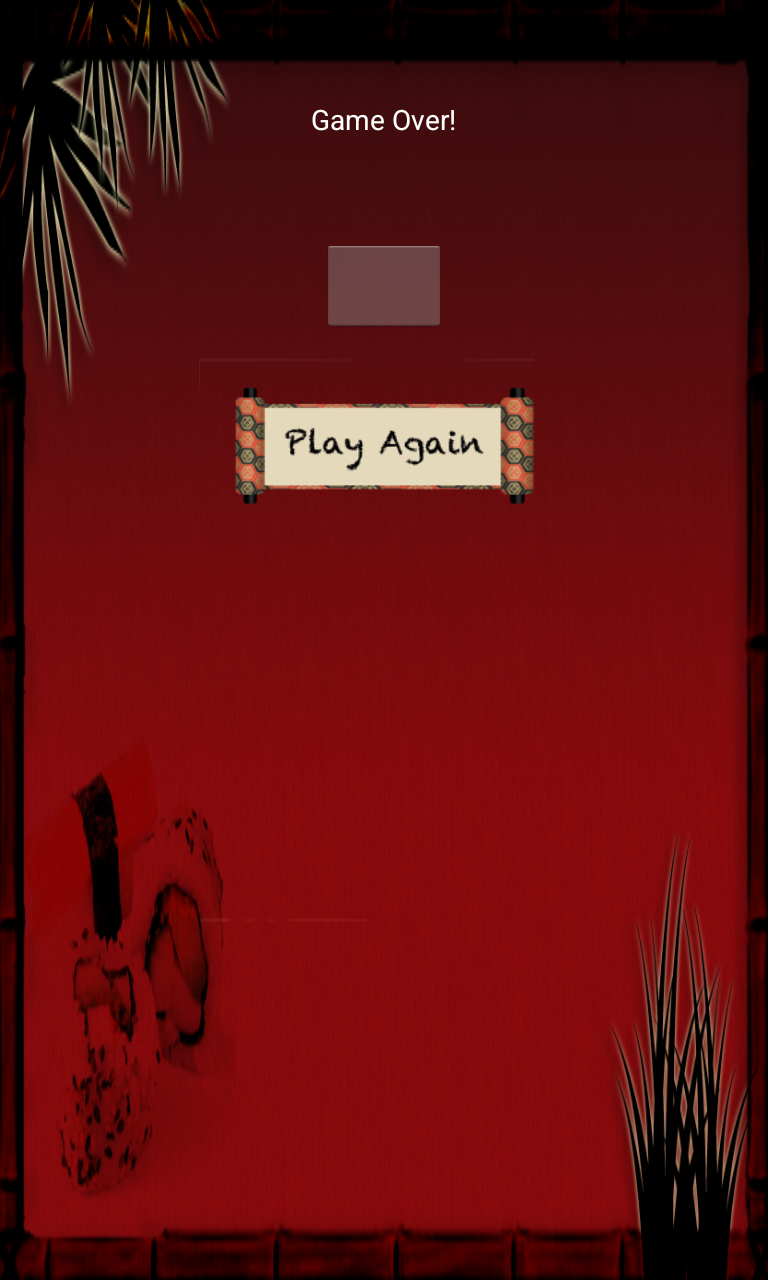
Repository: Kreispy/Sushi-Samurai
Layout: SushiNinja/res/layout/end.xml
An editor plug-in stored every save of this project. The layout is shown before and after the next save, followed by the edit.
It is drawn on a 768 x 1280 px phone screen (xhdpi) without system bars, with theme AppTheme; the app's code is not run.

Above is the layout before, as saved 2013-04-27 06:03:01.

### SushiNinja/res/layout/end.xml
<?xml version="1.0" encoding="utf-8"?>
<RelativeLayout xmlns:android="http://schemas.android.com/apk/res/android"
    android:layout_width="match_parent"
    android:layout_height="match_parent"
    android:background="@drawable/background_red" >

        <TextView
            android:id="@+id/over"
            android:layout_width="wrap_content"
            android:layout_height="wrap_content"
            android:layout_centerHorizontal="true"
            android:layout_margin="50dp"
            android:text="@string/over"
            android:textColor="@color/white" />

	    <Button
	    android:id="@+id/restart"
	    android:layout_width="wrap_content"
	    android:layout_height="wrap_content"
	    android:onClick="onRestartClick"
	    android:layout_centerHorizontal="true"
    	android:layout_below="@id/over" />

	    <Button
	    android:id="@+id/end"
        android:layout_margin="25dp"
	    android:layout_width="wrap_content"
	    android:layout_height="wrap_content"
	    android:onClick="onEndClick"
  		android:layout_centerHorizontal="true"
    	android:layout_below="@id/restart"
    	android:background="@drawable/playagainbutton"
    	 />


</RelativeLayout>

### SushiNinja/res/values/strings.xml
<?xml version="1.0" encoding="utf-8"?>
<resources>

    <string name="app_name">Sushi Ninja</string>
    <string name="hello_world">Hello world!</string>
    <string name="menu_settings">Settings</string>
    <string name="hello">Second Iteration</string>


    <string name="mode"><b>Please select optional game settings.</b></string>
    <string name="start">START</string>
    <string name="restart">Play Again!</string>
	<string name="end">GTFO!</string>
	<string name="over">Game Over!</string>

	<string name="fast">Fast</string>
	<string name="normal">Normal</string>
	<string name="slow">Slow</string>

	<string name="small">Small</string>
	<string name="medium">Medium</string>
	<string name="large">Large</string>

	<string name="slice">Slice the Sushi!</string>



	<string name="bigger">Bigger Sushi</string>
	<string name="smaller">Smaller Sushi</string>
	<color name="white">#FFFFFF</color>


</resources>

### SushiNinja/res/drawable-hdpi/playagainbutton.xml
<?xml version="1.0" encoding="utf-8"?>
<selector xmlns:android="http://schemas.android.com/apk/res/android" >
       <item android:drawable="@drawable/playagain_button_focused"
          android:state_pressed="true" />
    <item android:drawable="@drawable/playagain_button_focused"
          android:state_focused="true" />
    <item android:drawable="@drawable/playagain_button_normal" />

</selector>

### SushiNinja/res/drawable-hdpi/exitbutton.xml
<?xml version="1.0" encoding="utf-8"?>
<selector xmlns:android="http://schemas.android.com/apk/res/android" >
       <item android:drawable="@drawable/start_button_focused"
          android:state_pressed="true" />
    <item android:drawable="@drawable/start_button_focused"
          android:state_focused="true" />
    <item android:drawable="@drawable/start_button_normal" />

</selector>

Loaded but not shown: SushiNinja/res/values/styles.xml (common file); SushiNinja/res/values-v11/styles.xml (common file); SushiNinja/res/values-v14/styles.xml (common file)

After the next save:
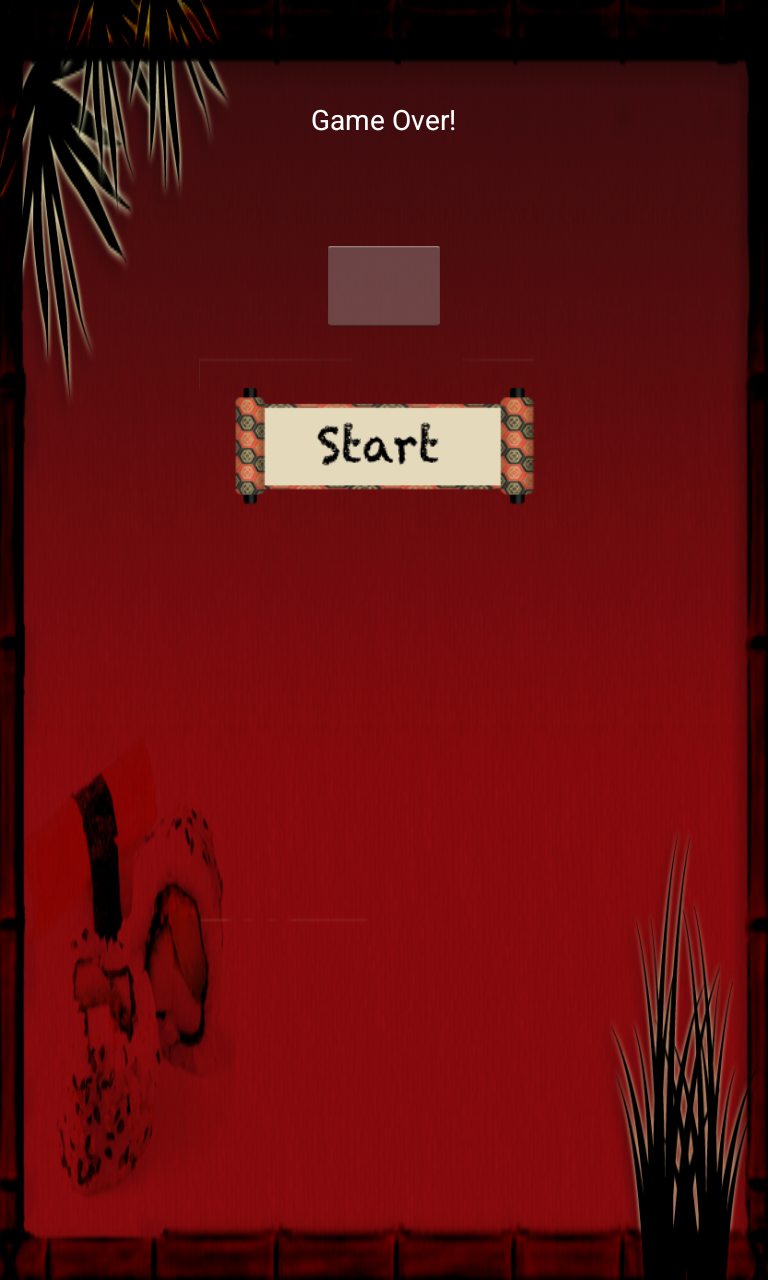
Saved 9 s later.
--- a/SushiNinja/res/layout/end.xml
+++ b/SushiNinja/res/layout/end.xml
@@ -29,7 +29,7 @@
 	    android:onClick="onEndClick"
   		android:layout_centerHorizontal="true"
     	android:layout_below="@id/restart"
-    	android:background="@drawable/playagainbutton"
+    	android:background="@drawable/exitbutton"
     	 />
 
 
